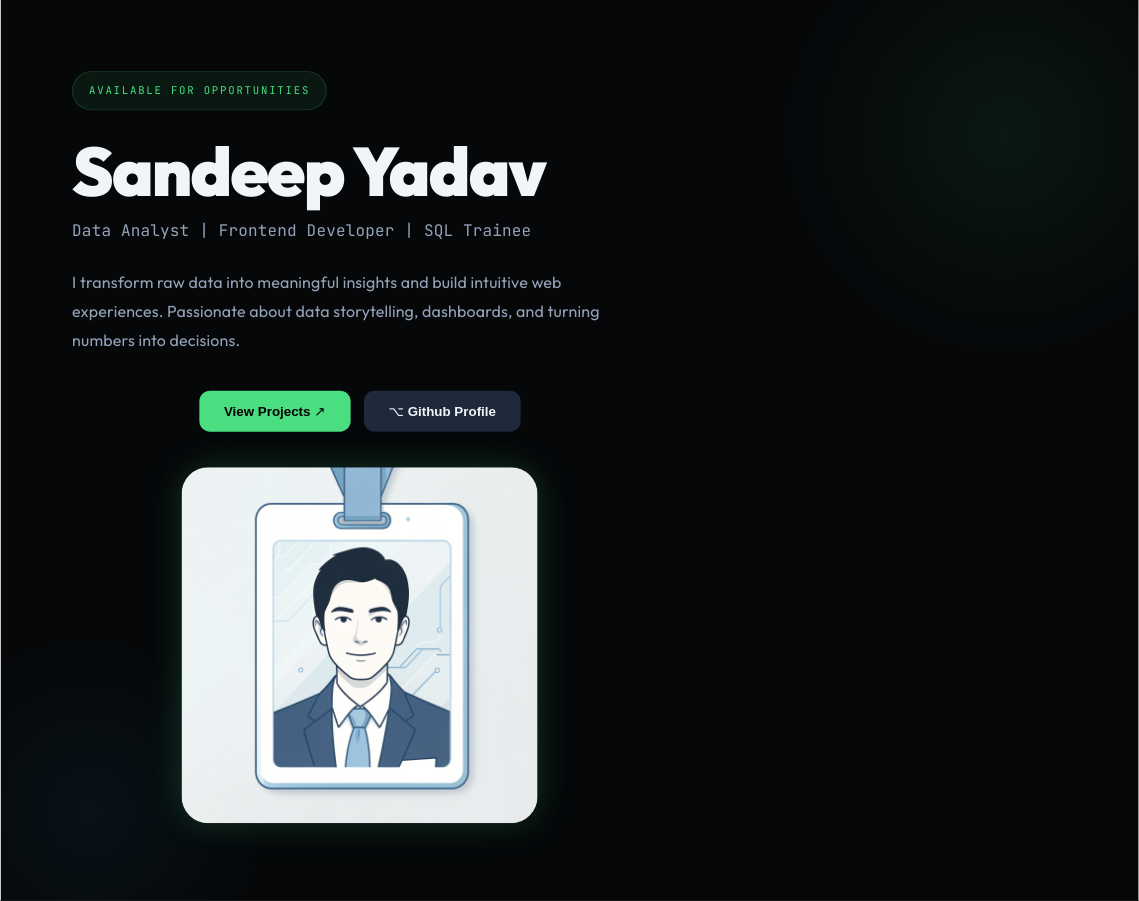
Repository: SandeepYadav18717/sandeepyadav
Page: / (app in Datanaltics_ portfolio/)
An editor plug-in stored every save of this project. The page is shown before and after a run of saves, followed by the edit.
The browser window is 1280 px wide. The pictures show the whole page, at 89% of full size.
The project was rebuilt for these pictures with package versions that can differ from the ones it lists, and the page was loaded fresh each time. Also part of the build but not shown: Datanaltics_ portfolio/vite.config.js, Datanaltics_ portfolio/src/App.css.

Above is the page before, as saved 2026-05-23 05:08:40.

After the next 2 saves:
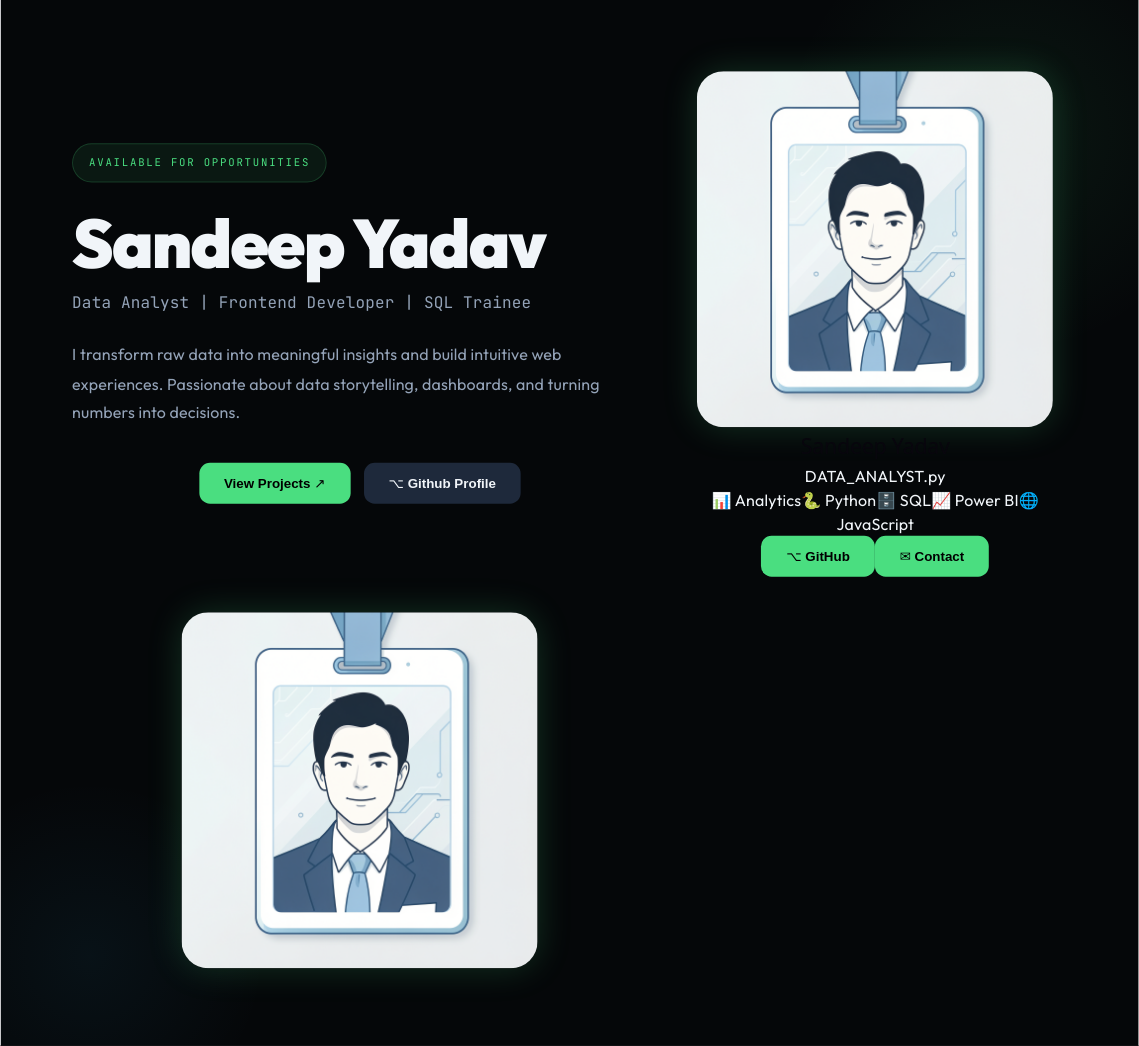
The 2 saves are shown as one change because they came seconds apart.
The last was saved 2 min 29 s later.
--- a/Datanaltics_ portfolio/src/pages/Main.jsx
+++ b/Datanaltics_ portfolio/src/pages/Main.jsx
@@ -44,8 +44,59 @@ function Main_Page() {
   />
 
       </div>
-<div id="Profile_details">
-     </div>
+{/* RIGHT SECTION */}
+<div className="profile-card">
+
+  <img
+    src={photo}
+    alt="Profile"
+    id="Photo"
+  />
+
+  <h2 className="profile-name">
+    Sandeep Yadav
+  </h2>
+
+  <p className="profile-role">
+    DATA_ANALYST.py
+  </p>
+
+  {/* SKILLS */}
+  <div className="skill-tags">
+
+    <span>📊 Analytics</span>
+
+    <span>🐍 Python</span>
+
+    <span>🗄️ SQL</span>
+
+    <span>📈 Power BI</span>
+
+    <span>🌐 JavaScript</span>
+
+  </div>
+
+  {/* BUTTONS */}
+  <div className="profile-buttons">
+
+    <button
+      className="github-btn"
+      onClick={() =>
+        window.open(
+          "https://github.com/SandeepYadav18717"
+        )
+      }
+    >
+      ⌥ GitHub
+    </button>
+
+    <button className="contact-btn">
+      ✉ Contact
+    </button>
+
+  </div>
+
+</div>
 
       <div className="photo">
 
